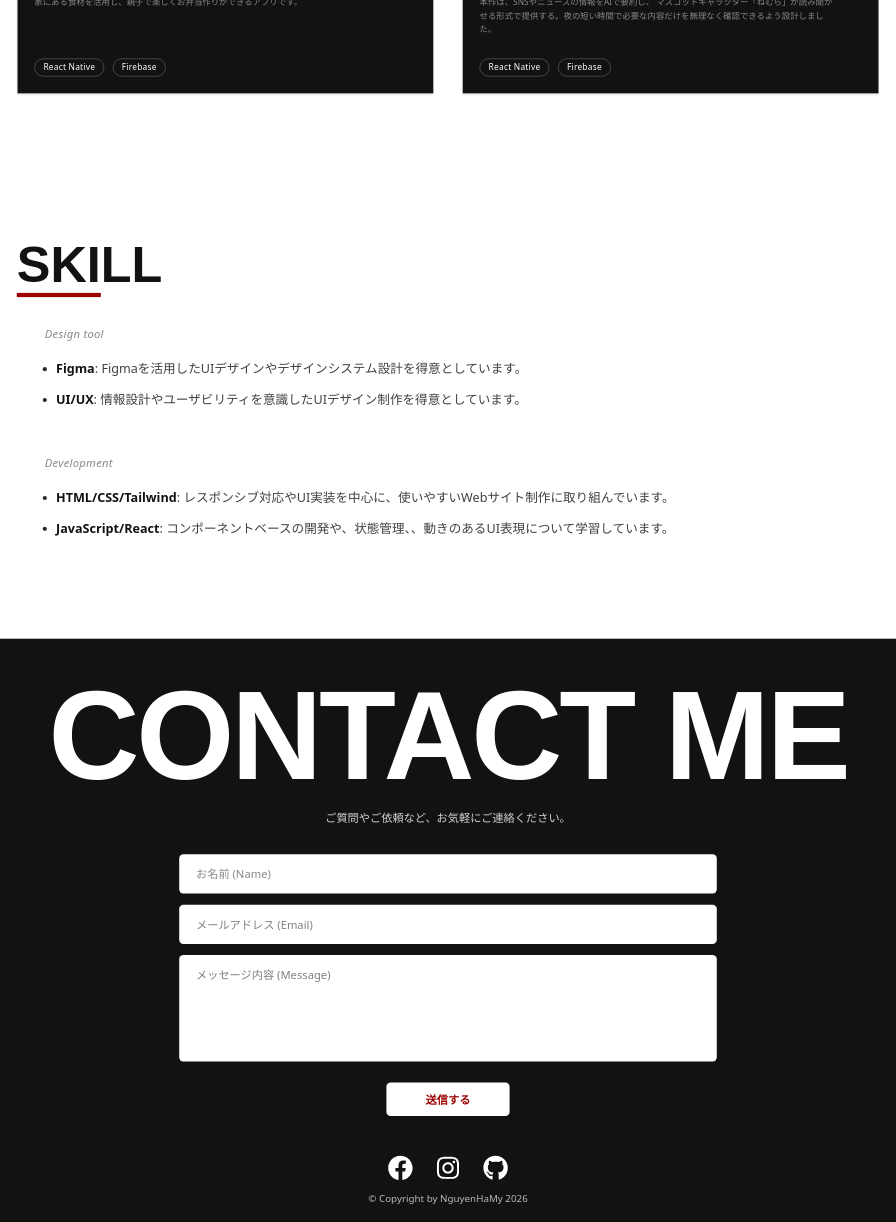
Repository: meme2603/Portfolio-HaMy
Page: / (app in my-portfolio/)
These files come from the project's save history. The page is drawn as it stood at one moment and after the next save; the edit follows.
The browser window is 1280 px wide. The pictures show the part of the page from y = 4359 to 6279 px (the page is 6105 px tall before and 6279 px after), at 70% of full size.
Some web fonts or font styles are not loaded; a fallback is used. The project was rebuilt for these pictures with package versions that can differ from the ones it lists, and the page was loaded fresh each time. Also part of the build but not shown: my-portfolio/vite.config.js, my-portfolio/src/pages/ProjectDetail.jsx.

Above is the page before, as saved 2026-06-12 15:40:38.

After the next save:
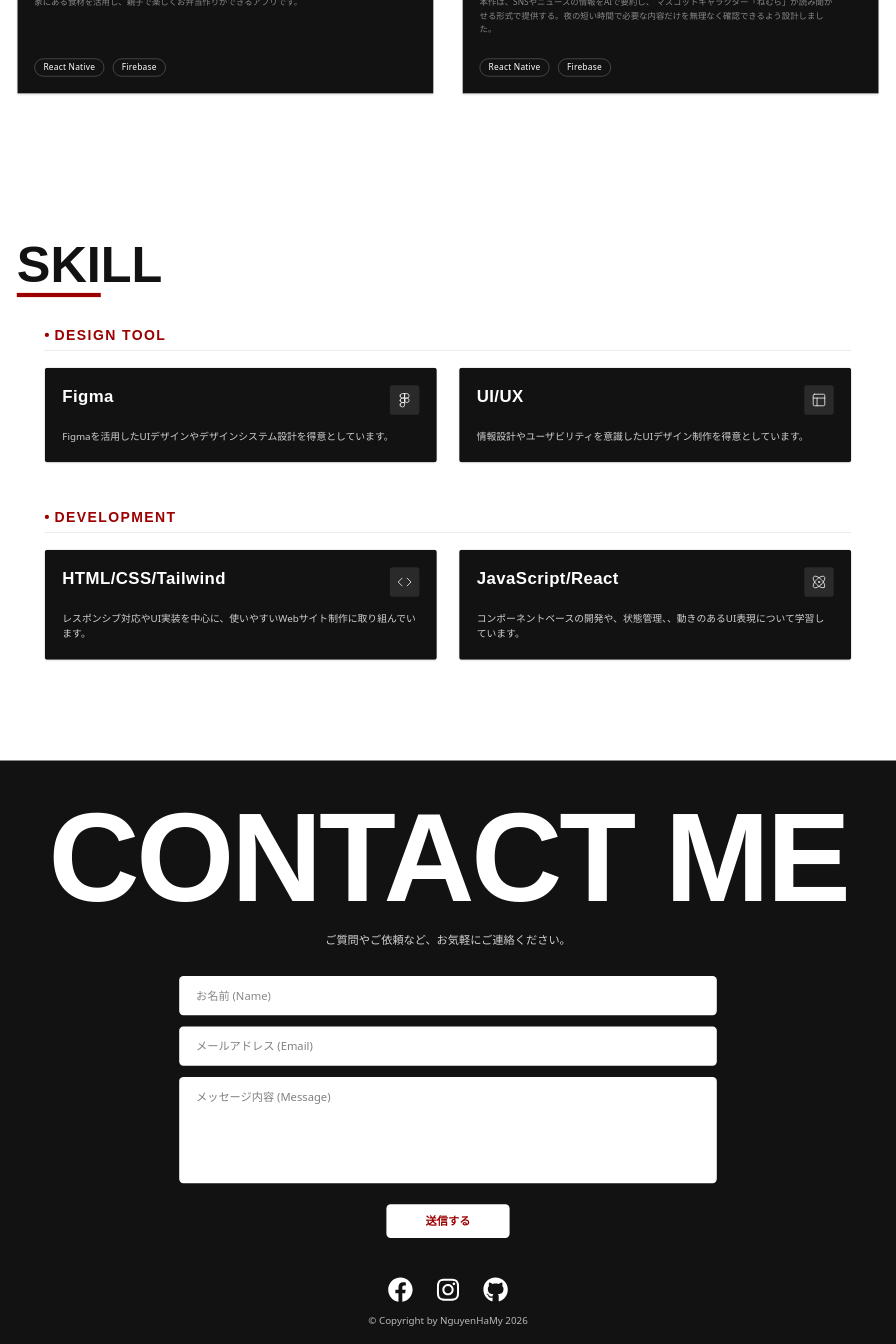
Saved 12 min 56 s later.
--- a/my-portfolio/src/components/Skills.jsx
+++ b/my-portfolio/src/components/Skills.jsx
@@ -1,33 +1,84 @@
 import { skillData } from "../data/ProjectsData";
+// 🎯 Import bộ icon từ lucide-react (Bà nhớ chạy npm install lucide-react nếu chưa cài nha)
+import { Figma, Layout, Code, Atom, HelpCircle } from "lucide-react";
+
+// Hàm bổ trợ tự động lấy icon dựa trên tên Skill của bà trong data
+const getSkillIcon = (name) => {
+  const lowerName = name.toLowerCase();
+  if (lowerName.includes("figma")) return <Figma size={22} strokeWidth={1.5} />;
+  if (lowerName.includes("ui") || lowerName.includes("ux"))
+    return <Layout size={22} strokeWidth={1.5} />;
+  if (
+    lowerName.includes("html") ||
+    lowerName.includes("css") ||
+    lowerName.includes("tailwind")
+  )
+    return <Code size={22} strokeWidth={1.5} />;
+  if (lowerName.includes("javascript") || lowerName.includes("react"))
+    return <Atom size={22} strokeWidth={1.5} />;
+  return <HelpCircle size={22} strokeWidth={1.5} />; // Icon mặc định nếu khum khớp tên
+};
 
 function Skill() {
   return (
     <section className="w-full pt-20 pb-16">
+      {/* Khung Tiêu Đề Lớn (Giữ nguyên gốc của bà) */}
       <div className="max-w-7xl mx-auto px-6 pb-10">
         <h2 className="text-5xl md:text-6xl lg:text-7xl font-bold font-akshar text-font leading-none">
           SKILL
         </h2>
-
         <div className="w-[80px] md:w-[100px] lg:w-[120px] lg:h-[6px] md:h-[5px] h-[4px] bg-primary mt-1"></div>
       </div>
 
-      <div className="max-w-7xl mx-auto px-16 space-y-16">
+      {/* LƯỚI SKILLS BIẾN HÌNH THEO DATA CỦA BÀ */}
+      <div className="max-w-7xl mx-auto px-6 md:px-16 space-y-16">
         {skillData.map((group, index) => (
-          <div key={index}>
-            <h3 className="text-base font-medium text-font/50 mb-6 tracking-wide italic">
-              {group.category}
-            </h3>
+          <div key={index} className="space-y-6">
+            {/* Tên danh mục lớn (Design Tool / Development) */}
+            <div className="border-b border-font/10 pb-2">
+              <h3 className="text-xl font-bold font-akshar text-primary tracking-widest uppercase flex items-center gap-2">
+                <span className="w-1.5 h-1.5 bg-primary rounded-full"></span>
+                {group.category}
+              </h3>
+            </div>
 
-            <ul className="space-y-4 pl-4">
+            {/* Khung Grid chứa các Card con bên trong */}
+            <div className="grid grid-cols-1 md:grid-cols-2 gap-8 items-stretch">
               {group.skills.map((skill, sIndex) => (
-                <li key={sIndex} className="list-disc text-font/90 text-lg">
-                  <span className="font-bold text-font">{skill.name}</span>
-                  <span className="text-font/80 font-light">
-                    : {skill.status} {skill.desc}
-                  </span>
-                </li>
+                <div
+                  key={sIndex}
+                  // Thiết kế Card nền bg-font (đen) bọc chữ màu nhạt giống hệt vibe trang Home
+                  className="group flex flex-col justify-between bg-font text-background p-6 rounded-sm border border-font/5 shadow-sm hover:shadow-[0_10px_30px_rgba(217,119,6,0.1)] hover:border-primary/30 transition-all duration-500"
+                >
+                  <div>
+                    {/* Header của Card: Gồm Tên + Tag trạng thái + Icon */}
+                    <div className="flex justify-between items-start mb-4">
+                      <div className="space-y-1">
+                        <h4 className="text-2xl font-bold font-akshar tracking-wide text-background">
+                          {skill.name}
+                        </h4>
+                        {skill.status && (
+                          <span className="inline-block text-[10px] font-mono border border-background/30 px-2 py-0.5 rounded-full text-background/60">
+                            {skill.status.replace(/[:\s]+/g, "")}{" "}
+                            {/* Xóa bớt dấu hai chấm nếu data bị thừa */}
+                          </span>
+                        )}
+                      </div>
+
+                      {/* Vòng tròn bọc Icon: Hover phát chuyển màu sang tông cam nổi bần bật */}
+                      <div className="p-2.5 bg-background/10 rounded-sm text-background/80 group-hover:bg-primary group-hover:text-font transition-colors duration-300 flex-shrink-0">
+                        {getSkillIcon(skill.name)}
+                      </div>
+                    </div>
+
+                    {/* Nội dung tiếng Nhật dễ hiểu, mượt mà của bà */}
+                    <p className="text-sm leading-relaxed text-background/80 font-light pt-1">
+                      {skill.desc}
+                    </p>
+                  </div>
+                </div>
               ))}
-            </ul>
+            </div>
           </div>
         ))}
       </div>

After the save that followed:
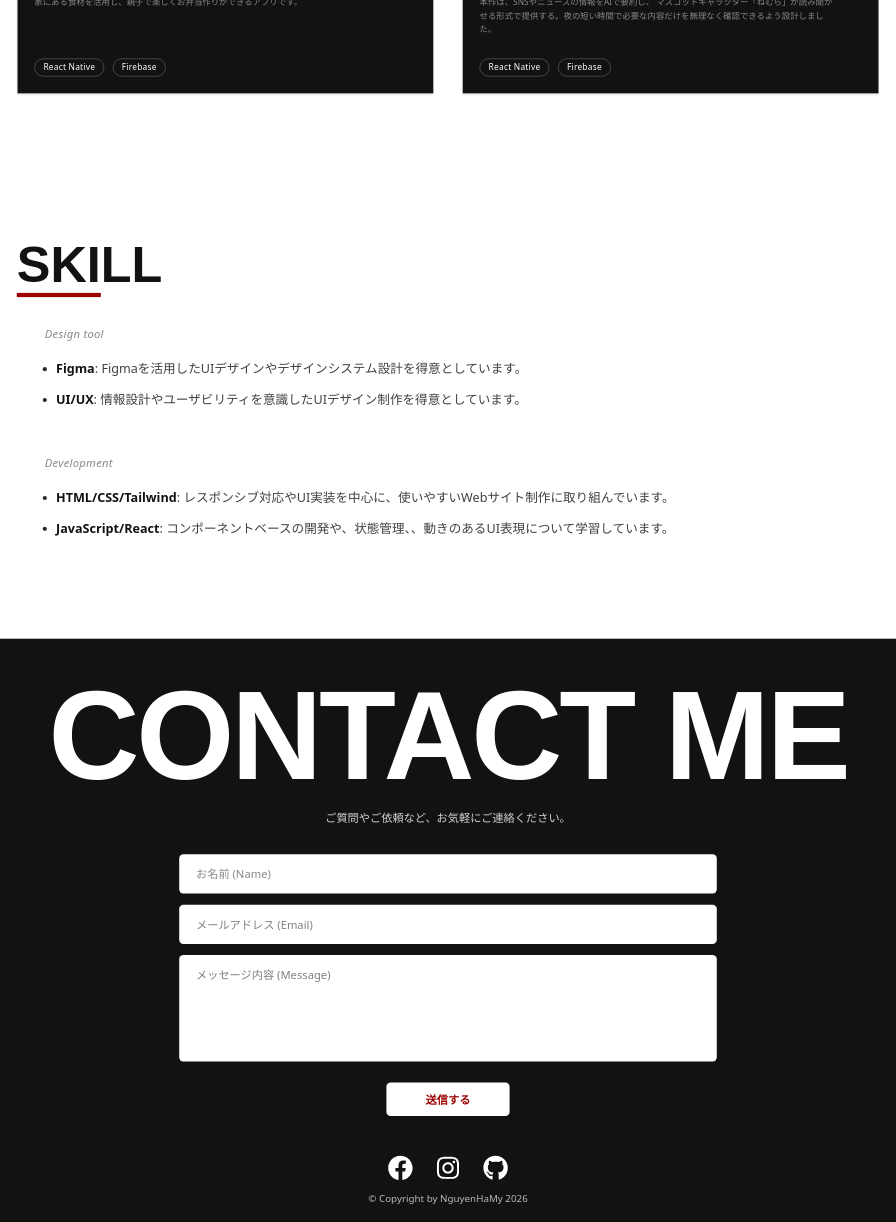
Saved 12 s later.
--- a/my-portfolio/src/components/Skills.jsx
+++ b/my-portfolio/src/components/Skills.jsx
@@ -1,84 +1,33 @@
 import { skillData } from "../data/ProjectsData";
-// 🎯 Import bộ icon từ lucide-react (Bà nhớ chạy npm install lucide-react nếu chưa cài nha)
-import { Figma, Layout, Code, Atom, HelpCircle } from "lucide-react";
-
-// Hàm bổ trợ tự động lấy icon dựa trên tên Skill của bà trong data
-const getSkillIcon = (name) => {
-  const lowerName = name.toLowerCase();
-  if (lowerName.includes("figma")) return <Figma size={22} strokeWidth={1.5} />;
-  if (lowerName.includes("ui") || lowerName.includes("ux"))
-    return <Layout size={22} strokeWidth={1.5} />;
-  if (
-    lowerName.includes("html") ||
-    lowerName.includes("css") ||
-    lowerName.includes("tailwind")
-  )
-    return <Code size={22} strokeWidth={1.5} />;
-  if (lowerName.includes("javascript") || lowerName.includes("react"))
-    return <Atom size={22} strokeWidth={1.5} />;
-  return <HelpCircle size={22} strokeWidth={1.5} />; // Icon mặc định nếu khum khớp tên
-};
 
 function Skill() {
   return (
     <section className="w-full pt-20 pb-16">
-      {/* Khung Tiêu Đề Lớn (Giữ nguyên gốc của bà) */}
       <div className="max-w-7xl mx-auto px-6 pb-10">
         <h2 className="text-5xl md:text-6xl lg:text-7xl font-bold font-akshar text-font leading-none">
           SKILL
         </h2>
+
         <div className="w-[80px] md:w-[100px] lg:w-[120px] lg:h-[6px] md:h-[5px] h-[4px] bg-primary mt-1"></div>
       </div>
 
-      {/* LƯỚI SKILLS BIẾN HÌNH THEO DATA CỦA BÀ */}
-      <div className="max-w-7xl mx-auto px-6 md:px-16 space-y-16">
+      <div className="max-w-7xl mx-auto px-16 space-y-16">
         {skillData.map((group, index) => (
-          <div key={index} className="space-y-6">
-            {/* Tên danh mục lớn (Design Tool / Development) */}
-            <div className="border-b border-font/10 pb-2">
-              <h3 className="text-xl font-bold font-akshar text-primary tracking-widest uppercase flex items-center gap-2">
-                <span className="w-1.5 h-1.5 bg-primary rounded-full"></span>
-                {group.category}
-              </h3>
-            </div>
+          <div key={index}>
+            <h3 className="text-base font-medium text-font/50 mb-6 tracking-wide italic">
+              {group.category}
+            </h3>
 
-            {/* Khung Grid chứa các Card con bên trong */}
-            <div className="grid grid-cols-1 md:grid-cols-2 gap-8 items-stretch">
+            <ul className="space-y-4 pl-4">
               {group.skills.map((skill, sIndex) => (
-                <div
-                  key={sIndex}
-                  // Thiết kế Card nền bg-font (đen) bọc chữ màu nhạt giống hệt vibe trang Home
-                  className="group flex flex-col justify-between bg-font text-background p-6 rounded-sm border border-font/5 shadow-sm hover:shadow-[0_10px_30px_rgba(217,119,6,0.1)] hover:border-primary/30 transition-all duration-500"
-                >
-                  <div>
-                    {/* Header của Card: Gồm Tên + Tag trạng thái + Icon */}
-                    <div className="flex justify-between items-start mb-4">
-                      <div className="space-y-1">
-                        <h4 className="text-2xl font-bold font-akshar tracking-wide text-background">
-                          {skill.name}
-                        </h4>
-                        {skill.status && (
-                          <span className="inline-block text-[10px] font-mono border border-background/30 px-2 py-0.5 rounded-full text-background/60">
-                            {skill.status.replace(/[:\s]+/g, "")}{" "}
-                            {/* Xóa bớt dấu hai chấm nếu data bị thừa */}
-                          </span>
-                        )}
-                      </div>
-
-                      {/* Vòng tròn bọc Icon: Hover phát chuyển màu sang tông cam nổi bần bật */}
-                      <div className="p-2.5 bg-background/10 rounded-sm text-background/80 group-hover:bg-primary group-hover:text-font transition-colors duration-300 flex-shrink-0">
-                        {getSkillIcon(skill.name)}
-                      </div>
-                    </div>
-
-                    {/* Nội dung tiếng Nhật dễ hiểu, mượt mà của bà */}
-                    <p className="text-sm leading-relaxed text-background/80 font-light pt-1">
-                      {skill.desc}
-                    </p>
-                  </div>
-                </div>
+                <li key={sIndex} className="list-disc text-font/90 text-lg">
+                  <span className="font-bold text-font">{skill.name}</span>
+                  <span className="text-font/80 font-light">
+                    : {skill.status} {skill.desc}
+                  </span>
+                </li>
               ))}
-            </div>
+            </ul>
           </div>
         ))}
       </div>
